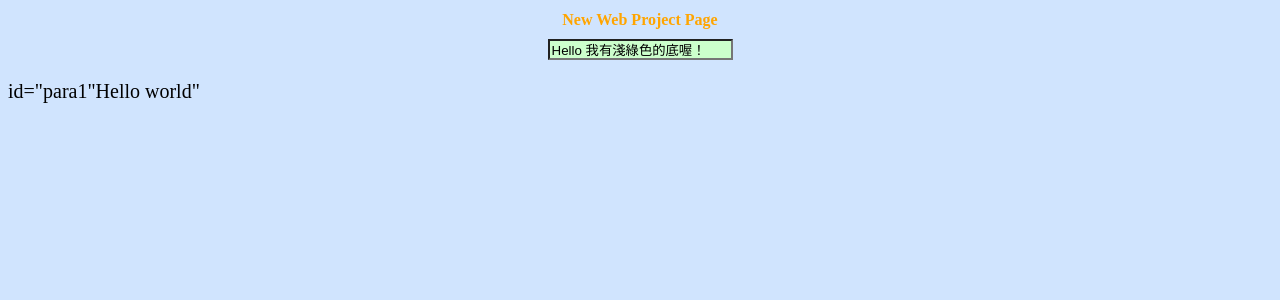
Repository: ericluo1123/myWebCode
Page: myWebProject/index.html
The author's editor kept a copy of each file at every save. The page is drawn from the files as they stood at one save, then again after a run of saves.
The browser window is 1280 px wide. The pictures show the whole page.

Above is the page before, as saved 2014-10-23 03:51:58.

After the next 2 saves:
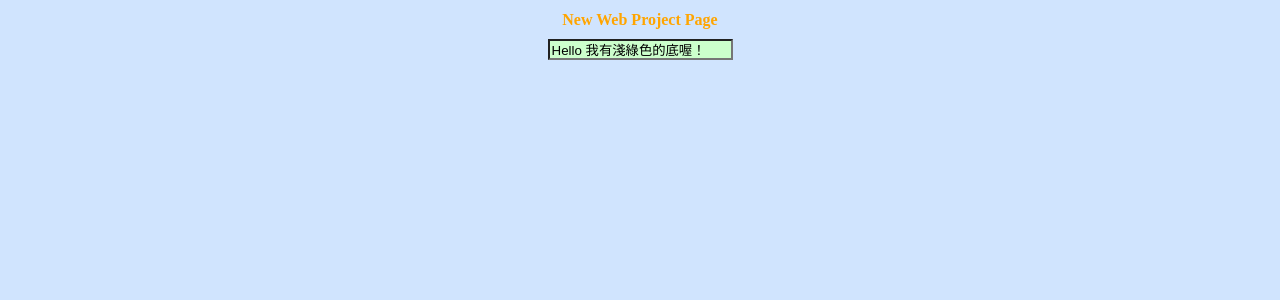
The 2 saves are shown as one change because they came seconds apart.
The last was saved 36 s later.
--- a/myWebProject/index.html
+++ b/myWebProject/index.html
@@ -16,6 +16,8 @@
 		<h1>
 		<input type="Text" value="Hello 我有淺綠色的底喔！"	STYLE="background-color:#ccffcc">
 		</h1>
-		<p>id="para1"Hello world"</p>
+		<p id="para1>
+		"Hello world"
+		</p>
 	</body>
 </html>
